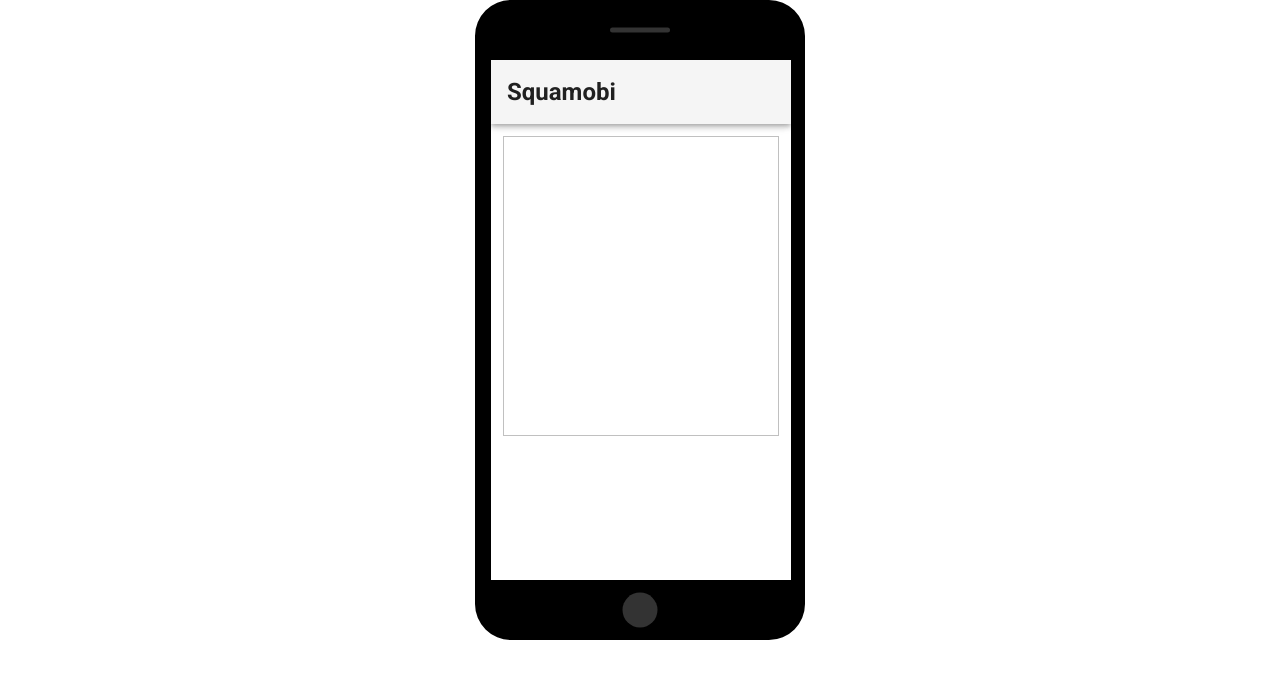
Repository: Keepnox/squamobi-interview
Page: /8178fd7b-9544-4c42-a0b8-7daf705d621c
These files come from the project's save history. The page is drawn as it stood at one moment and after the next save; the edit follows.
The browser window is 1280 px wide. The pictures show the whole page.
The project was rebuilt for these pictures with package versions that can differ from the ones it lists, and the page was loaded fresh each time. Also part of the build but not shown: vue.config.js, src/components/TodoItem.vue.

Above is the page before, as saved 2022-01-17 01:24:57.

### src/App.vue
<template>
  <smartphone>
    <v-app>
    <v-main>
        <v-app-bar >
          <h2>Squamobi</h2>
        </v-app-bar>

      <!-- Provides the application the proper gutter -->
      <v-container fluid>

        <!-- If using vue-router -->
        <router-view></router-view>
      </v-container>
    </v-main>

  </v-app>
  </smartphone>

</template>

<script>
import Smartphone from './components/Smartphone.vue';

export default {
  name: 'App',

  components: {
    Smartphone,
  },

  data: () => ({
    //
  }),
};
</script>

### src/router/index.js
import Vue from "vue";
import VueRouter from "vue-router";
import Home from "../views/Home.vue";

Vue.use(VueRouter);

const routes = [
  {
    path: "/",
    name: "Home",
    component: Home,
  },
  {
    path: "/:id",
    name: "ItemIndex",

    component: () => import("../views/Items.vue"),
  },
];

const router = new VueRouter({
  mode: "history",
  base: process.env.BASE_URL,
  routes,
});

export default router;

### src/components/Smartphone.vue
<template>
  <div class="smartphone">
    <div class="content">
      <slot> </slot>
    </div>
  </div>
</template>

<style scoped>

.smartphone {
  position: relative;
  width: 330px;
  height: 640px;
  margin: auto;
  border: 16px black solid;
  border-top-width: 60px;
  border-bottom-width: 60px;
  border-radius: 36px;
}

/* The horizontal line on the top of the device */
.smartphone:before {
  content: '';
  display: block;
  width: 60px;
  height: 5px;
  position: absolute;
  top: -30px;
  left: 50%;
  transform: translate(-50%, -50%);
  background: #333;
  border-radius: 10px;
}

/* The circle on the bottom of the device */
.smartphone:after {
  content: '';
  display: block;
  width: 35px;
  height: 35px;
  position: absolute;
  left: 50%;
  bottom: -65px;
  transform: translate(-50%, -50%);
  background: #333;
  border-radius: 50%;
}

/* The screen (or content) of the device */
.smartphone .content {
  width: 300px;
  height: 520px;
  background: white;
}

.content > * {
  min-height: 100%;
  height: 100%;
}
</style>

### src/views/Home.vue
<template>
  <div id="listOuter">
    <TodoItem
      :to="esea"
      v-for="(t, index) in todoData"
      :key="index"
      :title="t.title"
      :id="t.id"
      :desc="t.description"
      :image="t.image"
      v-on:removeClick="removeItem(t.id)"
    ></TodoItem>

    <v-btn
          class="add-button"
          color="primary"
          elevation="3"
          fab
          v-on:click="dialog = !dialog"
        ><span style="font-size:34px;">+</span></v-btn>
        <v-card class="popup" v-if="dialog">
          <div class="popup-title">Add Todo</div>
          <v-text-field
            label="Title"
            hide-details="auto"
            v-model="title"
          ></v-text-field>
          <v-text-field
            label="Description"
            hide-details="auto"
            v-model="description"
          ></v-text-field>
          <v-text-field
            label="Image Url"
            hide-details="auto"
            v-model="image"
          ></v-text-field>
          <v-btn class="add" v-on:click="addTodo">
            Add
          </v-btn>
        </v-card>
  </div>
</template>

<script>

import TodoItem from '@/components/TodoItem.vue'
import { v4 as uuidv4 } from 'uuid';

export default {
  name: 'Home',
  components: {TodoItem},
  data () {
    return {
      todoData: [],
      dialog: false,
      image: "",
      description: "",
      title: ""
    }
  },
  watch: {
    dialog(val) {
      if(val) {
        document.getElementsByTagName('body')[0].classList.add('popup-active')
      } else {
        document.getElementsByTagName('body')[0].classList.remove('popup-active')
      }
    }
  },
  mounted () {
    this.todoData = JSON.parse(localStorage.getItem('todo'))
  },
  created() {
    let defaultData = JSON.parse(localStorage.getItem('todo')) || [
        {
          title: "First Item",
          description: 'First Item Todo...',
          image: "https://unsplash.it/640/425?random",
          id: uuidv4()
        },

      ]
    localStorage.setItem('todo', JSON.stringify(defaultData))
  },
  methods: {
    removeItem(item) {
      console.log(item)
      let allData = this.todoData
      var filteredData = allData.filter(i => i.id != item);
      localStorage.setItem('todo', JSON.stringify(filteredData))
      this.todoData = filteredData
    },
    addTodo() {
      this.todoData.push(
        {
          title: this.title,
          description: this.description,
          image: this.image,
          id: uuidv4()
        }
      );
      localStorage.setItem('todo', JSON.stringify(this.todoData));
      this.dialog = false;
    }
  }
}
</script>

<style >
.v-application--wrap {
  height: 100%;
  min-height: 100%;
  overflow: hidden;
  overflow-y: scroll;
}
.v-main, v-main__wrap {
  height: 100%;
}
.v-main .container {
  height: calc(100% - 55px);
}
.list-outer
.list-outer {
  position: relative;
  height: 100%;
  width: 100%;
}
.add-button {
  position: fixed;
  right: 50%;
  transform: translatex(220%);
  top: 500px;
}
.popup {
  position: absolute;
  padding: 15px;
  width: 90%;
  top: 50%;
  transform: translateY(-50%);
}
.popup .add {
  margin-top: 20px;
  float: right;
}
.popup .popup-title {
  font-weight: 900;
}
</style>

### src/views/Items.vue
<template>
  <div id="itemPage">
    <img :src="item.image"  alt="">
    <h3>{{item.title}}</h3>
    <p>{{item.description}}</p>
  </div>
</template>

<script>
export default {
  data() {
    return {
      item: {}
    }
  },
  mounted() {
    let data = JSON.parse(localStorage.getItem('todo'))
    console.log(data)
    this.item = data.find(d => d.id === this.$route.params.id)
  }
}
</script>

<style scoped>
#itemPage img {
  width: 100%;
  height: 300px;
}
</style>

Loaded but not shown: public/index.html (common file); src/main.js (common file); src/plugins/vuetify.js (common file)

After the next save:
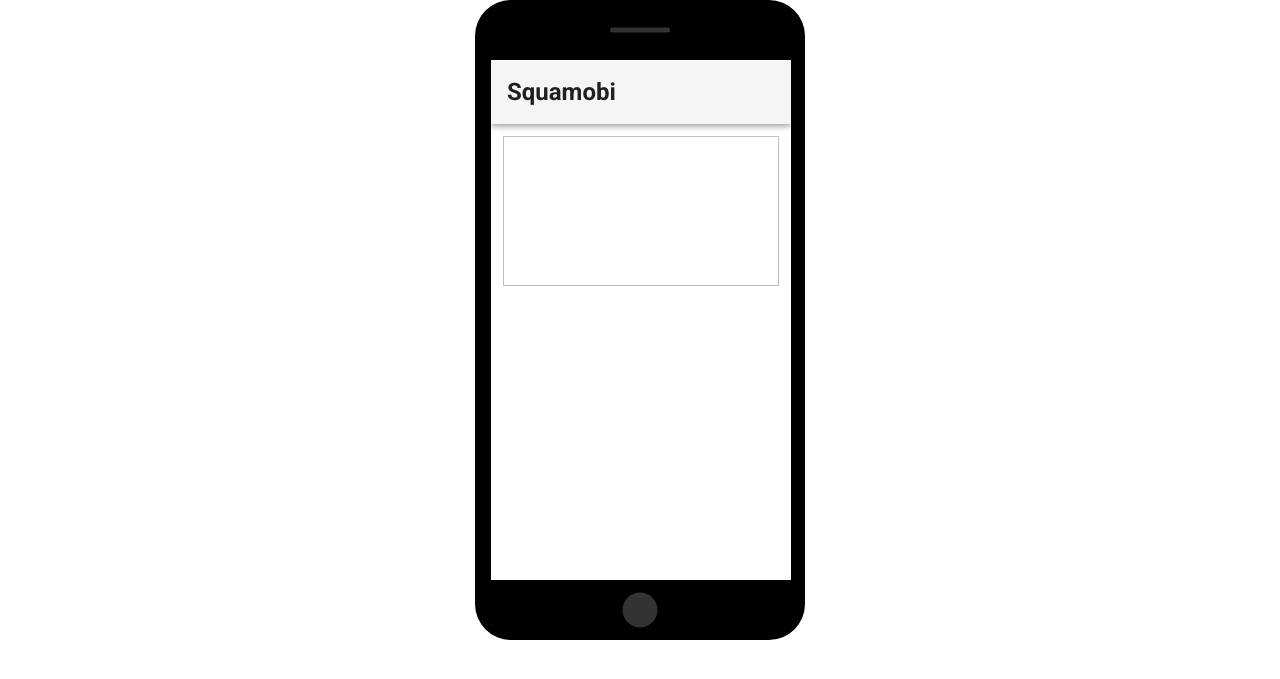
Saved 46 s later.
--- a/src/views/Items.vue
+++ b/src/views/Items.vue
@@ -24,6 +24,6 @@ export default {
 <style scoped>
 #itemPage img {
   width: 100%;
-  height: 300px;
+  height: 150px;
 }
 </style>
